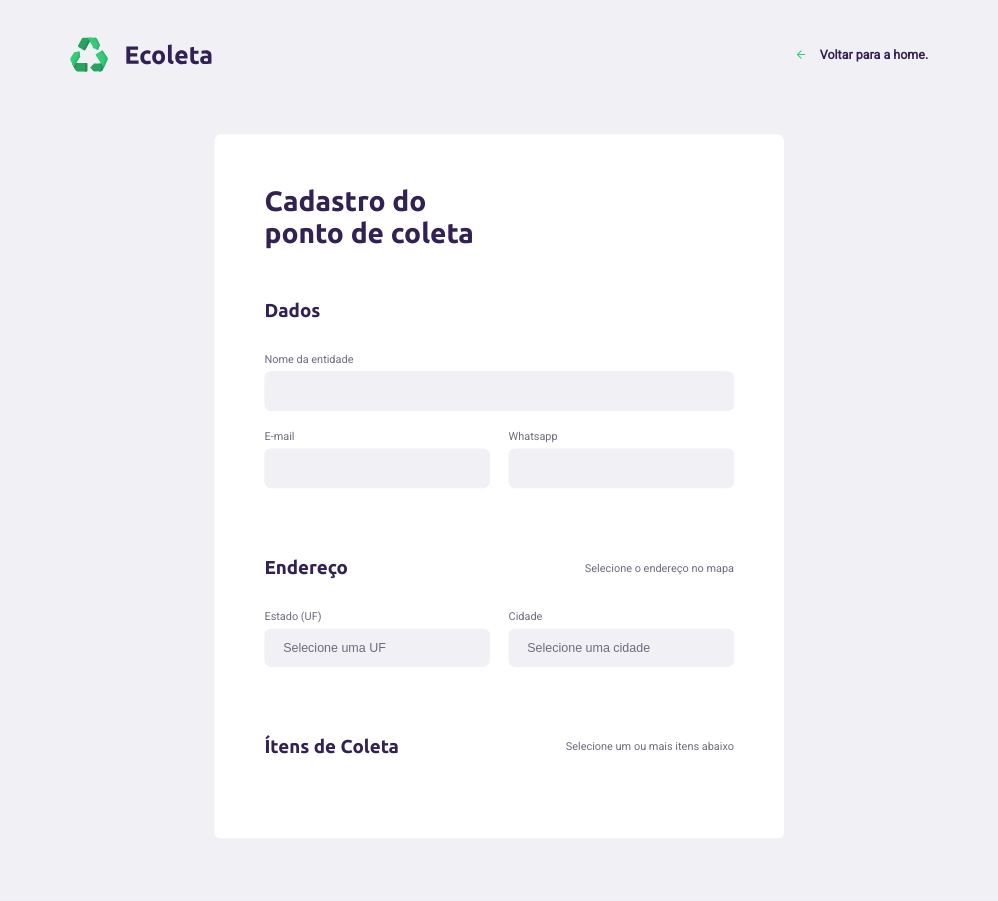
Repository: DavidSamerson/NLW_treinamento_2020
Page: /CreatePoint (app in webapp/)
The author's editor kept a copy of each file at every save. The page is drawn from the files as they stood at one save, then again after the next save.
The browser window is 1280 px wide. The pictures show the whole page, at 78% of full size.
The project was rebuilt for these pictures with package versions that can differ from the ones it lists, and the page was loaded fresh each time. Also part of the build but not shown: webapp/src/pages/Home/styles.css, webapp/src/pages/Home/index.tsx.

Above is the page before, as saved 2020-06-16 15:28:27.

### webapp/public/index.html
<!DOCTYPE html>
<html lang="en">
  <head>
    <meta charset="utf-8" />
    <link rel="icon" href="%PUBLIC_URL%/favicon.ico" />
    <meta name="viewport" content="width=device-width, initial-scale=1" />
    <meta name="theme-color" content="#34CB79" />
    <link href="https://fonts.googleapis.com/css2?family=Roboto&family=Ubuntu:wght@700&display=swap" rel="stylesheet">
    <meta
      name="description"
      content="Web site created using create-react-app"
    />
    <link rel="apple-touch-icon" href="%PUBLIC_URL%/logo192.png" />
    <!--
      manifest.json provides metadata used when your web app is installed on a
      user's mobile device or desktop. See https://developers.google.com/web/fundamentals/web-app-manifest/
    -->
    <link rel="manifest" href="%PUBLIC_URL%/manifest.json" />
    <!--
      Notice the use of %PUBLIC_URL% in the tags above.
      It will be replaced with the URL of the `public` folder during the build.
      Only files inside the `public` folder can be referenced from the HTML.

      Unlike "/favicon.ico" or "favicon.ico", "%PUBLIC_URL%/favicon.ico" will
      work correctly both with client-side routing and a non-root public URL.
      Learn how to configure a non-root public URL by running `npm run build`.
    -->
    <title>React App</title>
  </head>
  <body>
    <noscript>You need to enable JavaScript to run this app.</noscript>
    <div id="root"></div>
    <!--
      This HTML file is a template.
      If you open it directly in the browser, you will see an empty page.

      You can add webfonts, meta tags, or analytics to this file.
      The build step will place the bundled scripts into the <body> tag.

      To begin the development, run `npm start` or `yarn start`.
      To create a production bundle, use `npm run build` or `yarn build`.
    -->
  </body>
</html>

### webapp/src/App.tsx
import React from 'react';
import './App.css';

import Home from './pages/Home';
import CreatePoint from './pages/CreatePoint';

import Routes from './routes';

//JSX -> sintaxe de xml dentro do javascript


function App() {

  return (
    <div>
        <Routes />
    </div>
  );
}

export default App;

//import React, {useState} from 'react';
//import Header from './header';


/*const [counter, setCounter] = useState(0); //[valor do estado / função para atualizar o valor do estado]
//Estado e Imutabilidade

function handleButton(){
    setCounter(counter + 1);
} */

// <Header title={`ECOLETA ${counter}`}/> -----> Passando variaveis via HTML

/*<Header title="ECOLETA 1"/>
        <Header title="ECOLETA 2"/>
        <Header title="ECOLETA 3"/>
        <Header title={`ECOLETA ${counter}`}/>

        <h1>{counter}</h1>
        <button type="button" onClick={handleButton}>Aumentar</button> */

### webapp/src/routes.tsx
import React from 'react';
import { Route, BrowserRouter } from 'react-router-dom';

import Home from './pages/Home';
import CreatePoint from './pages/CreatePoint';

const Routes = () => {
    return (
        <BrowserRouter>
            <Route component={Home} path="/" exact />
            <Route component={CreatePoint} path="/CreatePoint"/>
        </BrowserRouter>
    );
}
export default Routes;

### webapp/src/pages/CreatePoint/index.tsx
import React from 'react';
import './styles.css';
import logo from '../../assets/logo.svg';
import { Link } from 'react-router-dom';
import {FiArrowLeft} from 'react-icons/fi';

const CreatePoint = () => {
    return (
        <div id="page-create-point">
            <header>
                <img src={logo} alt="Ecoleta" />
                <Link to="/">
                    <FiArrowLeft />
                    Voltar para a home.
                </Link>
            </header>

            <form action="">
                <h1>Cadastro do <br /> ponto de coleta</h1>
                <fieldset>
                    <legend>
                        <h2>Dados</h2>
                    </legend>
                    <div className="field">
                        <label htmlFor="name">
                            Nome da entidade
                        </label>
                        <input
                            id="name"
                            name="name"
                            type="text"
                        />
                    </div>

                    <div className="field-group">

                        <div className="field">
                        <label htmlFor="email">
                            E-mail
                        </label>
                        <input
                            id="email"
                            name="email"
                            type="email"
                        />
                    </div>
                    <div className="field">
                        <label htmlFor="Whatsapp">
                            Whatsapp
                        </label>
                        <input
                            id="Whatsapp"
                            name="Whatsapp"
                            type="text"
                        />
                    </div>

                    </div>
                </fieldset>

                <fieldset>
                    <legend>
                        <h2>Endereço</h2>
                        <span>Selecione o endereço no mapa</span>
                    </legend>

                    <div className="field-group">

                        <div className="field">
                            <label htmlFor="uf">
                                Estado (UF)
                            </label>
                            <select name="uf" id="uf">
                            <option value="0">Selecione uma UF</option>
                            </select>
                        </div>

                        <div className="field">
                            <label htmlFor="city">
                                Cidade
                            </label>
                            <select name="city" id="city">
                            <option value="0">Selecione uma cidade</option>
                            </select>
                        </div>

                    </div>
                </fieldset>

                <fieldset>
                    <legend>
                        <h2>Ítens de Coleta</h2>
                        <span>Selecione um ou mais itens abaixo</span>
                    </legend>
                </fieldset>
            </form>
        </div>
    )
};

export default CreatePoint;

### webapp/src/pages/CreatePoint/styles.css
#page-create-point {
  width: 100%;
  max-width: 1100px;

  margin: 0 auto;
}

#page-create-point header {
  margin-top: 48px;

  display: flex;
  justify-content: space-between;
  align-items: center;
}

#page-create-point header a {
  color: var(--title-color);
  font-weight: bold;
  text-decoration: none;

  display: flex;
  align-items: center;
}

#page-create-point header a svg {
  margin-right: 16px;
  color: var(--primary-color);
}

#page-create-point form {
  margin: 80px auto;
  padding: 64px;
  max-width: 730px;
  background: #FFF;
  border-radius: 8px;

  display: flex;
  flex-direction: column;
}

#page-create-point form h1 {
  font-size: 36px;
}

#page-create-point form fieldset {
  margin-top: 64px;
  min-inline-size: auto;
  border: 0;
}

#page-create-point form legend {
  width: 100%;
  display: flex;
  justify-content: space-between;
  align-items: center;
  margin-bottom: 40px;
}

#page-create-point form legend h2 {
  font-size: 24px;
}

#page-create-point form legend span {
  font-size: 14px;
  font-weight: normal;
  color: var(--text-color);
}

#page-create-point form .field-group {
  flex: 1;
  display: flex;
}

#page-create-point form .field {
  flex: 1;

  display: flex;
  flex-direction: column;
  margin-bottom: 24px;
}

#page-create-point form .field input[type=text],
#page-create-point form .field input[type=email],
#page-create-point form .field input[type=number] {
  flex: 1;
  background: #F0F0F5;
  border-radius: 8px;
  border: 0;
  padding: 16px 24px;
  font-size: 16px;
  color: #6C6C80;
}

#page-create-point form .field select {
  -webkit-appearance: none;
  -moz-appearance: none;
  appearance: none;
  flex: 1;
  background: #F0F0F5;
  border-radius: 8px;
  border: 0;
  padding: 16px 24px;
  font-size: 16px;
  color: #6C6C80;
}

#page-create-point form .field input::placeholder {
  color: #A0A0B2;
}

#page-create-point form .field label {
  font-size: 14px;
  margin-bottom: 8px;
}

#page-create-point form .field :disabled {
  cursor: not-allowed;
}

#page-create-point form .field-group .field + .field {
  margin-left: 24px;
}

#page-create-point form .field-group input + input {
  margin-left: 24px;
}

#page-create-point form .field-check {
  flex-direction: row;
  align-items: center;
}

#page-create-point form .field-check input[type=checkbox] {
  background: #F0F0F5;
}

#page-create-point form .field-check label {
  margin: 0 0 0 8px;
}

#page-create-point form .leaflet-container {
  width: 100%;
  height: 350px;
  border-radius: 8px;
  margin-bottom: 24px;
}

#page-create-point form button {
  width: 260px;
  height: 56px;
  background: var(--primary-color);
  border-radius: 8px;
  color: #FFF;
  font-weight: bold;
  font-size: 16px;
  border: 0;
  align-self: flex-end;
  margin-top: 40px;
  transition: background-color 0.2s;
  cursor: pointer;
}

#page-create-point form button:hover {
  background: #2FB86E;
}

.items-grid {
  display: grid;
  grid-template-columns: repeat(3, 1fr);
  gap: 16px;
  list-style: none;
}

.items-grid li {
  background: #f5f5f5;
  border: 2px solid #f5f5f5;
  height: 180px;
  border-radius: 8px;
  padding: 32px 24px 16px;

  display: flex;
  flex-direction: column;
  justify-content: space-between;
  align-items: center;

  text-align: center;

  cursor: pointer;
}

.items-grid li span {
  flex: 1;
  margin-top: 12px;

  display: flex;
  align-items: center;
  color: var(--title-color)
}

.items-grid li.selected {
  background: #E1FAEC;
  border: 2px solid #34CB79;
}

Loaded but not shown: webapp/src/index.tsx (common file); webapp/src/App.css (common file)

After the next save:
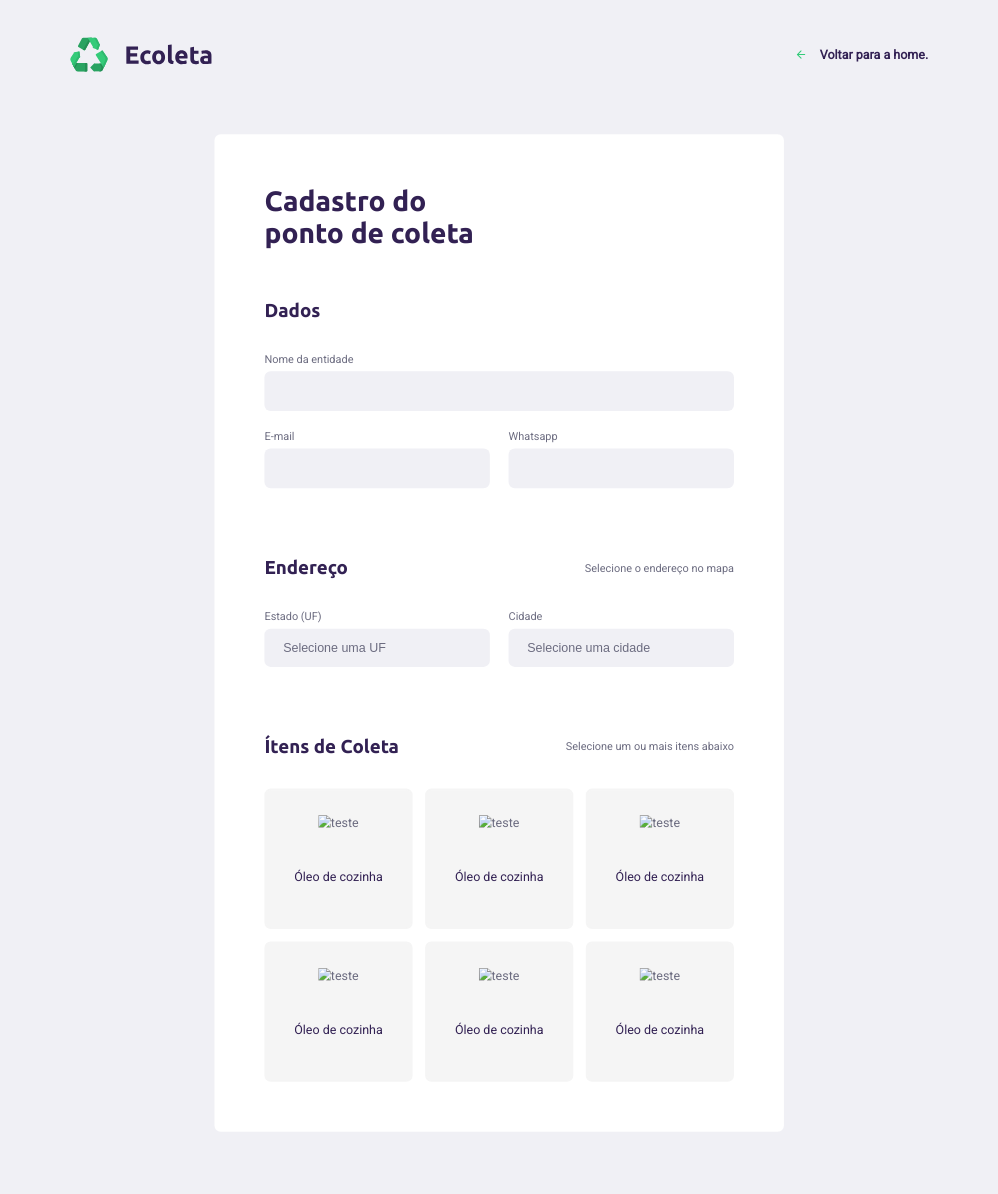
Saved 9 min 48 s later.
--- a/webapp/src/pages/CreatePoint/index.tsx
+++ b/webapp/src/pages/CreatePoint/index.tsx
@@ -92,6 +92,32 @@ const CreatePoint = () => {
                         <h2>Ítens de Coleta</h2>
                         <span>Selecione um ou mais itens abaixo</span>
                     </legend>
+                    <ul className="items-grid">
+                        <li>
+                            <img src="" alt="teste"/>
+                            <span>Óleo de cozinha</span>
+                        </li>
+                        <li>
+                            <img src="" alt="teste"/>
+                            <span>Óleo de cozinha</span>
+                        </li>
+                        <li>
+                            <img src="" alt="teste"/>
+                            <span>Óleo de cozinha</span>
+                        </li>
+                        <li>
+                            <img src="" alt="teste"/>
+                            <span>Óleo de cozinha</span>
+                        </li>
+                        <li>
+                            <img src="" alt="teste"/>
+                            <span>Óleo de cozinha</span>
+                        </li>
+                        <li>
+                            <img src="" alt="teste"/>
+                            <span>Óleo de cozinha</span>
+                        </li>
+                    </ul>
                 </fieldset>
             </form>
         </div>
